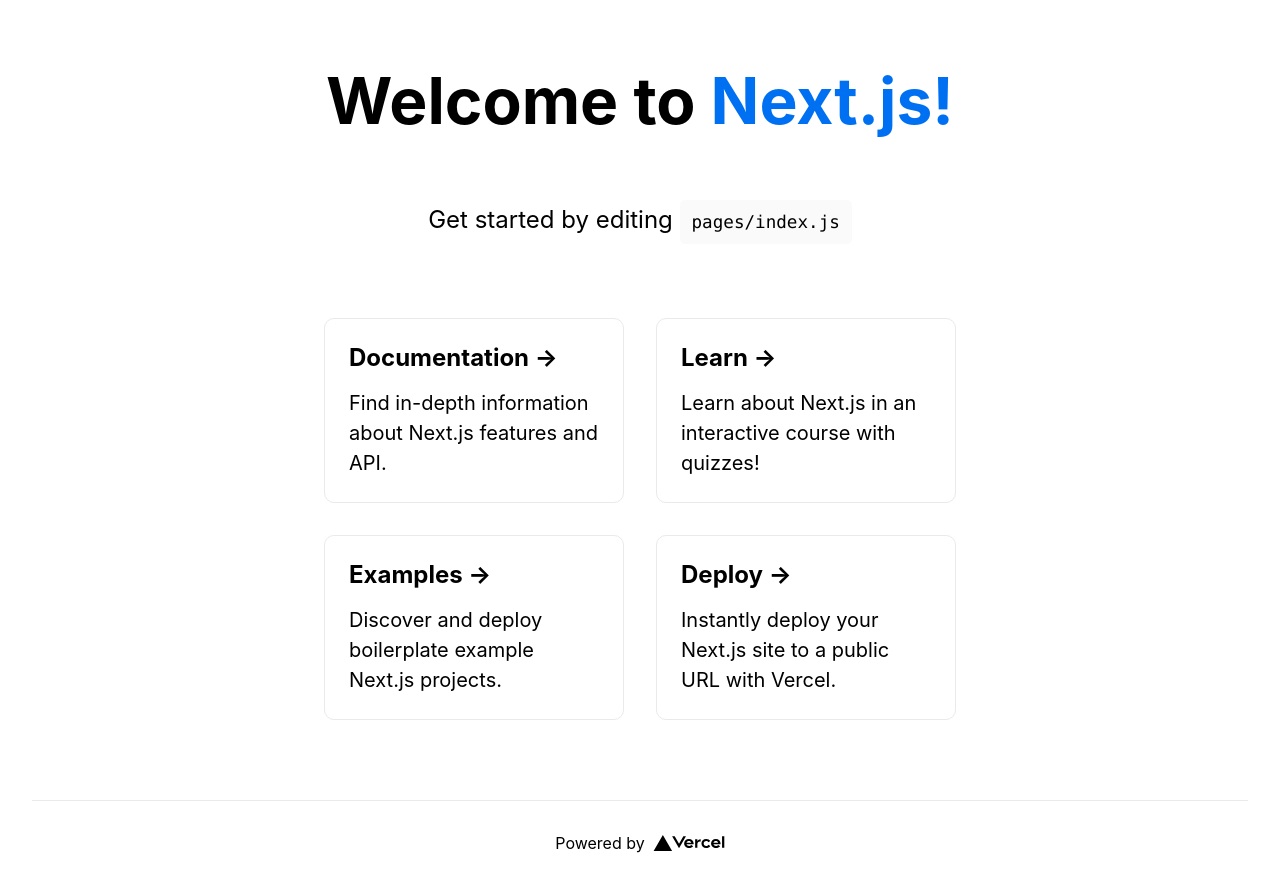
Repository: Samm014/admin-template
Page: /
These files come from the project's save history. The page is drawn as it stood at one moment and after a run of saves; the edit follows.
The browser window is 1280 px wide. The pictures show the whole page.
The project was rebuilt for these pictures with package versions that can differ from the ones it lists, and the page was loaded fresh each time. The framework's server and built-in components were replaced by stand-ins that run in the browser. Also part of the build but not shown: next.config.js.

Above is the page before, as saved 2022-03-03 17:16:33.

### pages/index.js
import Image from 'next/image'
import styles from '../styles/Home.module.css'

export default function Home() {
  return (
    <div className={styles.container}>


      <main className={styles.main}>
        <h1 className={styles.title}>
          Welcome to <a href="https://nextjs.org">Next.js!</a>
        </h1>

        <p className={styles.description}>
          Get started by editing{' '}
          <code className={styles.code}>pages/index.js</code>
        </p>

        <div className={styles.grid}>
          <a href="https://nextjs.org/docs" className={styles.card}>
            <h2>Documentation &rarr;</h2>
            <p>Find in-depth information about Next.js features and API.</p>
          </a>

          <a href="https://nextjs.org/learn" className={styles.card}>
            <h2>Learn &rarr;</h2>
            <p>Learn about Next.js in an interactive course with quizzes!</p>
          </a>

          <a
            href="https://github.com/vercel/next.js/tree/canary/examples"
            className={styles.card}
          >
            <h2>Examples &rarr;</h2>
            <p>Discover and deploy boilerplate example Next.js projects.</p>
          </a>

          <a
            href="https://vercel.com/new?utm_source=create-next-app&utm_medium=default-template&utm_campaign=create-next-app"
            className={styles.card}
          >
            <h2>Deploy &rarr;</h2>
            <p>
              Instantly deploy your Next.js site to a public URL with Vercel.
            </p>
          </a>
        </div>
      </main>

      <footer className={styles.footer}>
        <a
          href="https://vercel.com?utm_source=create-next-app&utm_medium=default-template&utm_campaign=create-next-app"
          target="_blank"
          rel="noopener noreferrer"
        >
          Powered by{' '}
          <span className={styles.logo}>
            <Image src="/vercel.svg" alt="Vercel Logo" width={72} height={16} />
          </span>
        </a>
      </footer>
    </div>
  )
}

Loaded but not shown: pages/_app.js (common file); styles/globals.css (common file); styles/Home.module.css (common file)

After the next 3 saves:
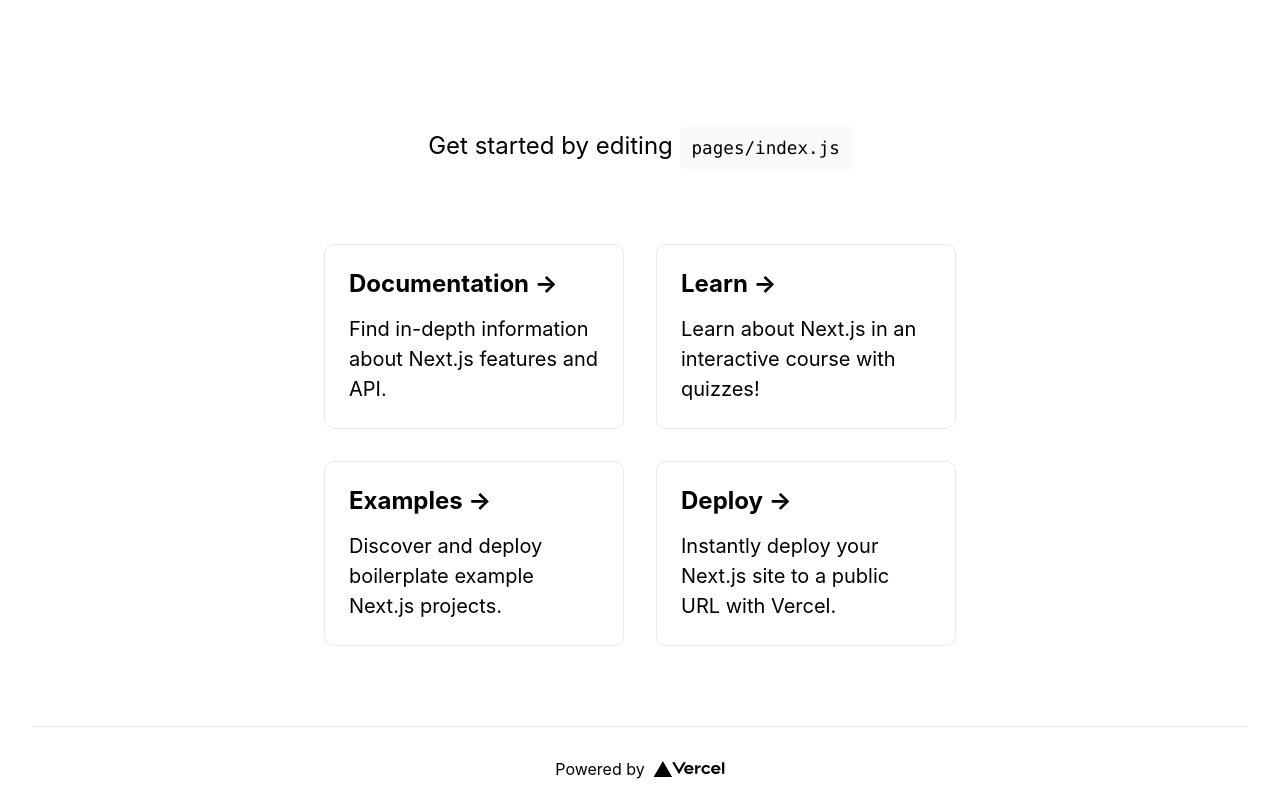
The 3 saves are shown as one change because they came seconds apart.
The last was saved 12 s later.
--- a/pages/index.js
+++ b/pages/index.js
@@ -7,9 +7,6 @@
 
 
       <main className={styles.main}>
-        <h1 className={styles.title}>
-          Welcome to <a href="https://nextjs.org">Next.js!</a>
-        </h1>
 
         <p className={styles.description}>
           Get started by editing{' '}
